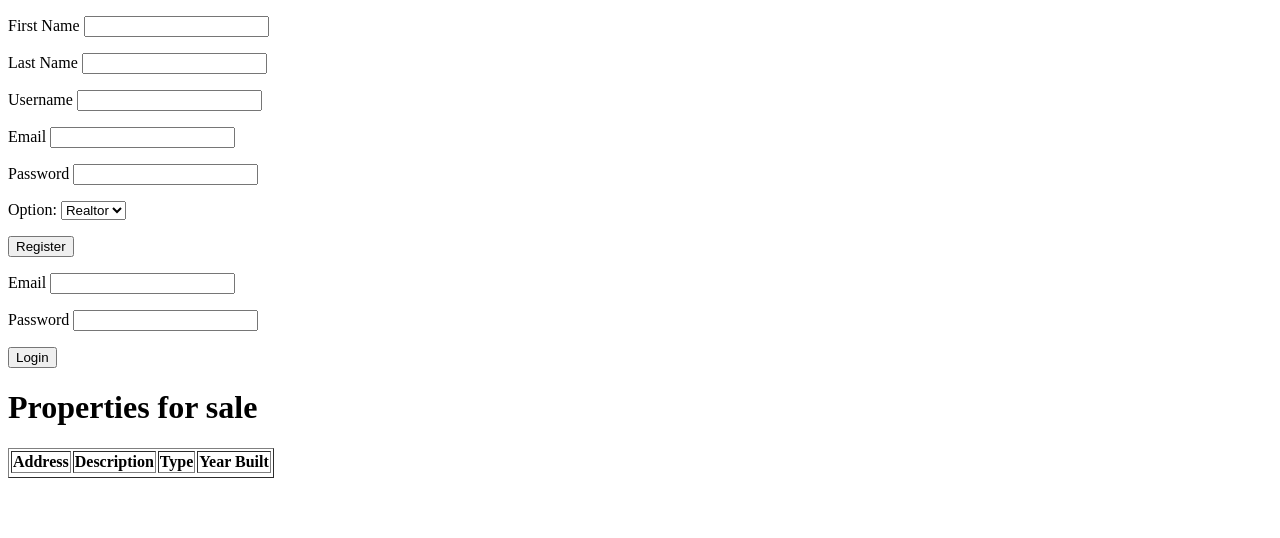
Repository: rickytorrez/test
Page: http://localhost/dcHome/WEB-INF/home.jsp
The author's editor kept a copy of each file at every save. The page is drawn from the files as they stood at one save, then again after the next save.
The browser window is 1280 px wide. The pictures show the whole page.
The page is served by Tomcat 9. Nobody is signed in. Other server files are loaded and not shown. The template is opened directly, without the code that normally fills it, so the values that code supplies are empty.

Above is the page before, as saved 2018-06-01 17:23:09.

### dcHome/src/main/webapp/WEB-INF/home.jsp
<%@ page language="java" contentType="text/html; charset=UTF-8"
    pageEncoding="UTF-8"%>
<%@ taglib uri="http://java.sun.com/jsp/jstl/core" prefix="c" %>
<%@taglib prefix="fmt" uri="http://java.sun.com/jsp/jstl/fmt"%>
<%@taglib prefix="form" uri="http://www.springframework.org/tags/form"%>
<%@ taglib prefix="spring" uri="http://www.springframework.org/tags" %>
<!DOCTYPE html PUBLIC "-//W3C//DTD HTML 4.01 Transitional//EN" "http://www.w3.org/TR/html4/loose.dtd">
<html>
	<head>
		<meta http-equiv="Content-Type" content="text/html; charset=UTF-8">
		<title>Insert title here</title>
	</head>
	<body>
	    <c:if test="${errors != null}">
	    		<c:forEach items="${errors}" var="err">
	    			<p>${err.defaultMessage}</p>
	    		</c:forEach>
	    </c:if>

 		<form:form action="/users/new" method="post" modelAttribute="user">
 			<p>
 				<form:label path="firstname">First Name
 					<form:errors path="firstname"></form:errors>
 					<form:input type="text" path="firstname"></form:input>
 				</form:label>
 			</p>
 			<p>
 				<form:label path="lastname">Last Name
 					<form:errors path="lastname"></form:errors>
 					<form:input type="text" path="lastname"></form:input>
 				</form:label>
 			</p>
 			<p>
 				<form:label path="username">Username
 					<form:errors path="username"></form:errors>
 					<form:input type="text" path="username"></form:input>
 				</form:label>
 			</p>
 			<p>
 				<form:label path="email">Email
 					<form:errors path="email"></form:errors>
 					<form:input type="text" path="email"></form:input>
 				</form:label>
 			</p>
 			<p>
 				<form:label path="password">Password
 					<form:errors path="password"></form:errors>
 					<form:input type="password" path="password"></form:input>
 				</form:label>
 			</p>
 			<p>
 				<form:label path="realtor">Option:
 					<form:errors path="realtor"></form:errors>
 					<form:select path="realtor">
 						<form:option value="true">Realtor</form:option>
 						<form:option value="false">Buyer</form:option>
 					</form:select>
 				</form:label>
 			</p>
 			<input type="submit" value="Register"/>
 		</form:form>

 		<c:if test="${error !=null}">
 				<p>${ error }</p>
 		</c:if>

 		<form action="/users/login" method="post">
 			<p>
 				<label>Email
 					<input type="text" name="email"/>
 				</label>
 			</p>
 			<p>
 				<label>Password
 					<input type="password" name="password"/>
 				</label>
 			</p>
 			<input type="submit" value="Login"/>
 		</form>

 		<h1>Properties for sale</h1>
 			<table border="1px">
				<tr>
					<th>Address</th>
					<th>Description</th>
					<th>Type</th>
					<th>Year Built</th>

				</tr>
				<c:forEach items="${listings}" var="listing">
				<tr>
					<td>${ listing.address }</td>
		 			<td>${ listing.description }</td>
		 			<td>${ listing.type }</td>
		 			<td><a href="/listings/${listing.id}"><button>View</button></a></td>

				</tr>
				</c:forEach>

				<tr></tr>
			</table>

	</body>
</html>

After the next save:
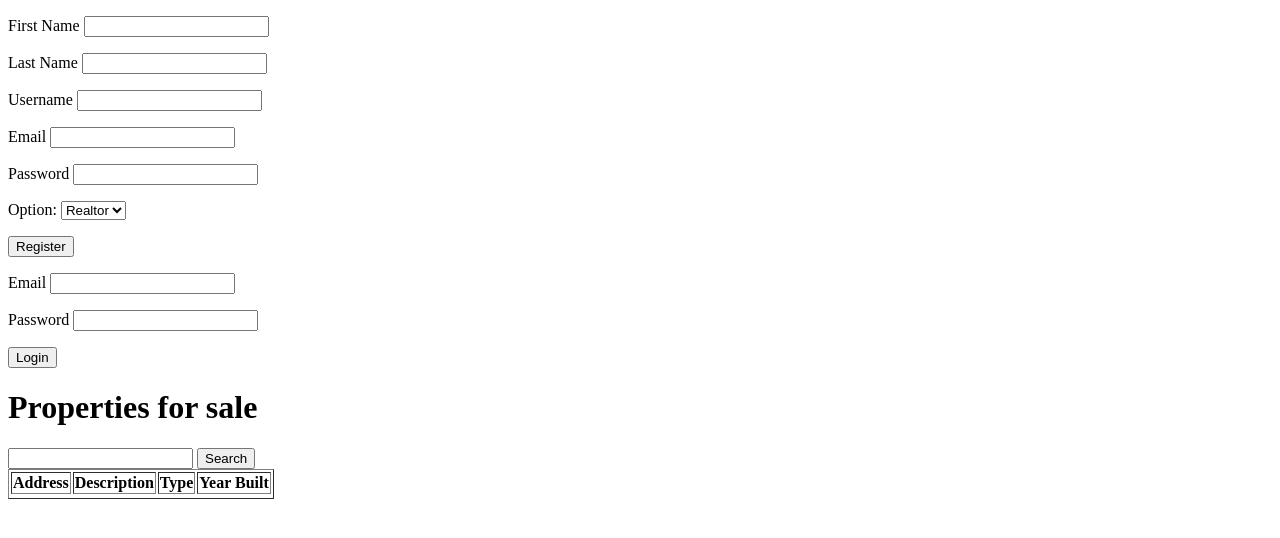
Saved 58 s later.
--- a/dcHome/src/main/webapp/WEB-INF/home.jsp
+++ b/dcHome/src/main/webapp/WEB-INF/home.jsp
@@ -79,6 +79,12 @@
  		</form>
 
  		<h1>Properties for sale</h1>
+
+ 			<form method="GET" action="/listings/search" >
+				<input type="text" name="search" />
+				<input type="submit" value="Search" />
+			</form>
+
  			<table border="1px">
 				<tr>
 					<th>Address</th>
